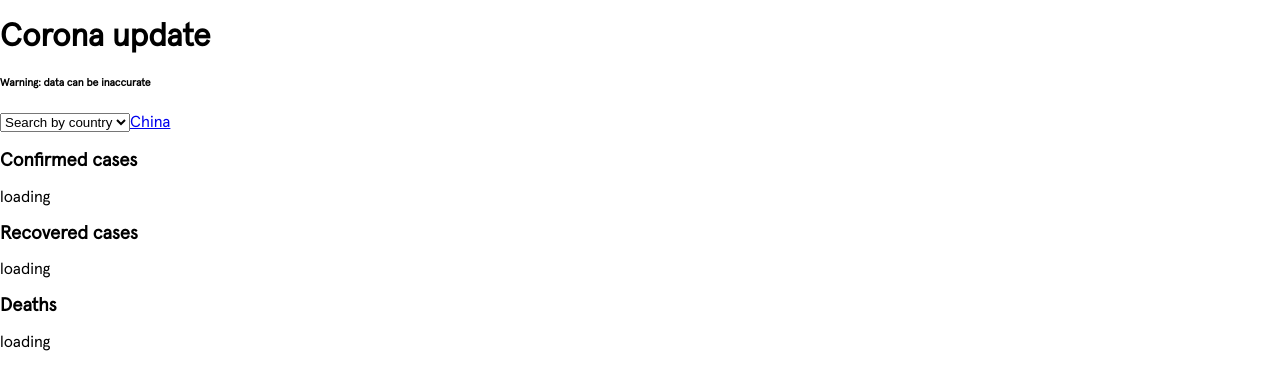
Repository: Babarindeolanrewaju2/react_covid_19
Page: /
These files come from the project's save history. The page is drawn as it stood at one moment and after the next save; the edit follows.
The browser window is 1280 px wide. The pictures show the whole page.
The page's requests for data from a server got no answer. The project was rebuilt for these pictures with package versions that can differ from the ones it lists, and the page was loaded fresh each time. A package was used in the major version that the imports need, not the one package.json lists. No one was signed in, and anything a server would have sent is missing. Also part of the build but not shown: src/components/CountryDisplay.js.

Above is the page before, as saved 2020-04-01 04:37:18.

After the next save:
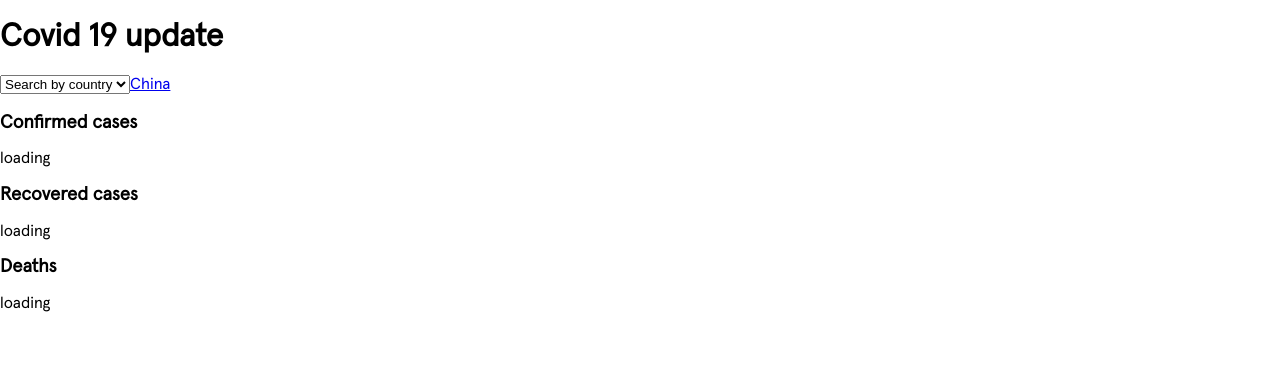
Saved 66 s later.
--- a/src/App.js
+++ b/src/App.js
@@ -50,8 +50,7 @@ export default class App extends Component {
   render() {
     return (
       <div className="container">
-        <h1>Corona update</h1>
-        <h6>Warning: data can be inaccurate</h6>
+        <h1>Covid 19 update</h1>
         <Router basename={process.env.PUBLIC_URL}>
           <Switch>
             <Route exact path="/test">
